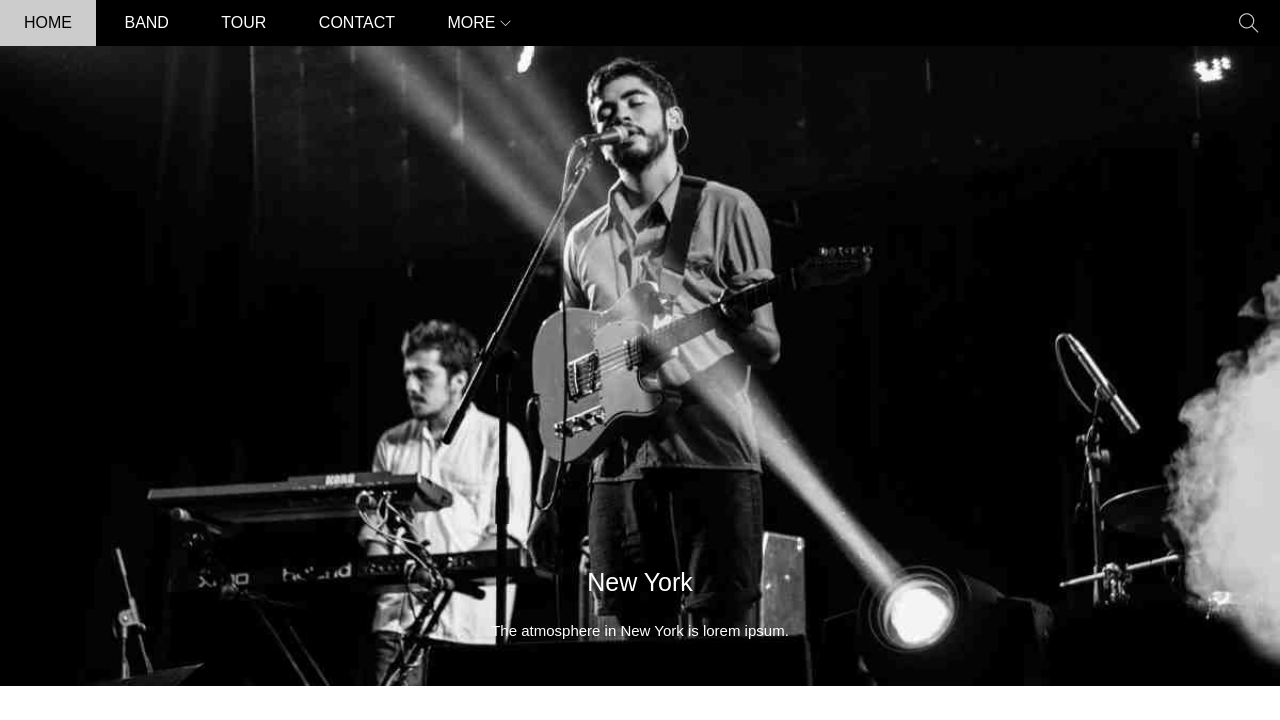
Repository: BrandonTuan777/The_Band
Page: index.html
The author's editor kept a copy of each file at every save. The page is drawn from the files as they stood at one save, then again after a run of saves.
The browser window is 1280 px wide. The pictures show the window.
A layer covers the whole window, so only the first screen is drawn.

Above is the page before, as saved 2022-04-17 20:35:28.

### index.html
<!DOCTYPE html>
<html lang="en">
  <head>
    <meta charset="UTF-8" />
    <meta http-equiv="X-UA-Compatible" content="IE=edge" />
    <meta name="viewport" content="width=device-width, initial-scale=1.0" />
    <title>The Band</title>
    <link
      rel="shortcut icon"
      type="image/jpg"
      href="./assets/img/favicon/01d1b4547ce03c3ec499c827caac4a72.jpg"
    />
    <link rel="stylesheet" href="./assets/css/styles.css" />
    <link rel="stylesheet" href="./assets/css/responsive.css" />

    <link
      rel="stylesheet"
      href="./assets//fonts/themify-icons/themify-icons.css"
    />
  </head>
  <body>
    <div id="main">
      <div id="header">
        <!-- Begin:Nav -->
        <ul id="nav">
          <li><a href="#">Home</a></li>
          <li><a href="#band">Band</a></li>
          <li><a href="#tour">Tour</a></li>
          <li><a href="#contact">Contact</a></li>
          <li>
            <a href="#">
              More
              <i class="nav-arrow-down ti-angle-down"></i>
            </a>
            <ul class="subnav">
              <li><a href="#">Merchandise</a></li>
              <li><a href="#">Extras</a></li>
              <li><a href="#">Media</a></li>
            </ul>
          </li>
        </ul>
        <!-- End:Nav -->

        <!-- Begin:Search button -->
        <div class="search-btn">
          <i class="search-icon ti-search"></i>
        </div>

        <div id="mobile-menu" class="mobile-menu-btn">
          <i class="menu-icon ti-menu"></i>
        </div>
        <!-- End:Search button -->
      </div>

      <div id="slider">
        <div class="text-content">
          <h2 class="text-heading">New York</h2>
          <div class="text-description">
            The atmosphere in New York is lorem ipsum.
          </div>
        </div>
      </div>

      <div id="content">
        <!--About section  -->
        <div id="band" class="content-section">
          <h2 class="section-heading">THE BAND</h2>
          <p class="section-sub-heading">We love music</p>
          <p class="about-text">
            We have created a fictional band website. Lorem ipsum dolor sit
            amet, consectetur adipiscing elit, sed do eiusmod tempor incididunt
            ut labore et dolore magna aliqua. Ut enim ad minim veniam, quis
            nostrud exercitation ullamco laboris nisi ut aliquip ex ea commodo
            consequat. Duis aute irure dolor in reprehenderit in voluptate velit
            esse cillum dolore eu fugiat nulla pariatur. Excepteur sint occaecat
            cupidatat non proident, sunt in culpa qui officia deserunt mollit
            anim id est laborum consectetur adipiscing elit, sed do eiusmod
            tempor incididunt ut labore et dolore magna aliqua. Ut enim ad minim
            veniam, quis nostrud exercitation ullamco laboris nisi ut aliquip ex
            ea commodo consequat.
          </p>
          <div class="row member-list">
            <div class="member-item text-center s-col-full mt-32 col col-third">
              <p class="member-name">Name</p>
              <img
                class="member-img"
                src="./assets/img/team/member1.jpg"
                alt=""
              />
            </div>
            <div class="member-item text-center s-col-full mt-32 col col-third">
              <p class="member-name">Name</p>
              <img
                class="member-img"
                src="./assets/img/team/member1.jpg"
                alt=""
              />
            </div>
            <div class="member-item text-center s-col-full mt-32 col col-third">
              <p class="member-name">Name</p>
              <img
                class="member-img"
                src="./assets/img/team/member1.jpg"
                alt=""
              />
            </div>
          </div>
        </div>
        <!-- Tour section -->
        <div id="tour" class="tour-section">
          <div class="content-section">
            <h2 class="section-heading text-white">TOUR DATES</h2>
            <p class="section-sub-heading text-white">
              Remember to book your tickets!
            </p>
            <!-- Tickets -->
            <ul class="ticket-list">
              <li>September <span class="sold-out">Sold out</span></li>
              <li>October <span class="sold-out">Sold out</span></li>
              <li>November <span class="quantity">3</span></li>
            </ul>

            <!-- Places -->
            <div class="row places-list">
              <div class="col s-col-full col-third mt-16">
                <img
                  src="./assets/img/places/places1.jpg"
                  alt=""
                  class="place-img"
                />
                <div class="place-body">
                  <h3 class="place-heading">New York</h3>
                  <p class="place-time">Fri 27 Nov 2016</p>
                  <p class="place-description">
                    Praesent tincidunt sed tellus ut rutrum sed vitae justo.
                  </p>
                  <a href="#" class="btn s-full-width">Buy Tickets</a>
                </div>
              </div>
              <div class="col s-col-full col-third mt-16">
                <img
                  src="./assets/img/places/places2.jpg"
                  alt=""
                  class="place-img"
                />
                <div class="place-body">
                  <h3 class="place-heading">Paris</h3>
                  <p class="place-time">Sat 28 Nov 20166</p>
                  <p class="place-description">
                    Praesent tincidunt sed tellus ut rutrum sed vitae justo.
                  </p>
                  <a href="#" class="btn s-full-width">Buy Tickets</a>
                </div>
              </div>
              <div class="col s-col-full col-third mt-16">
                <img
                  src="./assets/img/places/places3.jpg"
                  alt=""
                  class="place-img"
                />
                <div class="place-body">
                  <h3 class="place-heading">San Francisco</h3>
                  <p class="place-time">Sun 29 Nov 2016</p>
                  <p class="place-description">
                    Praesent tincidunt sed tellus ut rutrum sed vitae justo.
                  </p>
                  <a href="#" class="btn s-full-width">Buy Tickets</a>
                </div>
              </div>
            </div>
          </div>
        </div>
        <!--Begin: Contact section -->
        <div id="contact" class="content-section">
          <h2 class="section-heading">CONTACT</h2>
          <p class="section-sub-heading">Fan? Drop a note!</p>
          <div class="row contact-content">
            <div class="col col-half s-col-full contact-info">
              <p><i class="ti-location-pin"></i>Chicago, US</p>
              <p><i class="ti-mobile"></i>Phone: +00 151515</p>
              <p><i class="ti-email"></i>Email: mail@mail.com</p>
            </div>
            <div class="col col-half s-col-full contact-form">
              <form action="">
                <div class="row">
                  <div class="col col-half s-col-full">
                    <input
                      type="text"
                      name=""
                      id=""
                      required
                      placeholder="Name"
                      class="form-control"
                    />
                  </div>
                  <div class="col col-half s-col-full s-mt-8">
                    <input
                      type="email"
                      name=""
                      id=""
                      required
                      placeholder="Email"
                      class="form-control"
                    />
                  </div>
                </div>
                <div class="row mt-8">
                  <div class="col col-full">
                    <input
                      type="text"
                      name=""
                      id=""
                      required
                      placeholder="Message"
                      class="form-control"
                    />
                  </div>
                </div>
                <input
                  class="pull-rigth btn mt-16 s-full-width"
                  type="submit"
                  value="SEND"
                />
              </form>
            </div>
          </div>
        </div>
        <!--End: Contact section -->
        <div class="map-section">
          <img src="./assets/img/map/map.jpg" alt="" />
        </div>
      </div>
      <!-- Footer -->
      <div id="footer">
        <div class="social">
          <a href=""><i class="ti-facebook"></i></a>
          <a href=""><i class="ti-instagram"></i></a>
          <a href=""><i class="ti-youtube"></i></a>
          <a href=""><i class="ti-pinterest"></i></a>
          <a href=""><i class="ti-twitter-alt"></i></a>
          <a href=""><i class="ti-linkedin"></i></a>
        </div>
        <p class="copy-right">
          Powered by
          <a href="https://www.w3schools.com/w3css/default.asp" target="_blank"
            >w3.css</a
          >
        </p>
      </div>

    </div>
    <div class="modal">

    </div>
    <script>
      var header = document.getElementById("header");
      var mobileMenu = document.getElementById("mobile-menu");
      var headerHeight = header.clientHeight;

      // Đóng mở mobile menu
      mobileMenu.onclick = () => {
        var isClosed = header.clientHeight === headerHeight;
        if (isClosed) {
          header.style.height = "auto";
        } else {
          header.style.height = null;
        }
      };
      //Tự động đóng
      var menuItems = document.querySelectorAll('#nav li a[href*="#"]');
      console.log(menuItems);

      for (var i = 0; i < menuItems.length; i++) {
        var menuItem = menuItems[i];

        console.log(menuItem);
        menuItem.onclick = function () {
          var isParentMenu =
            this.nextElementSibling &&
            this.nextElementSibling.classList.contains("subnav");
          if (isParentMenu) {
            event.preventDefault();
          } else {
            header.style.height = null;
          }
        };
      }
    </script>
  </body>
</html>

### assets/css/styles.css
/* Reset CSS */
* {
  padding: 0;
  margin: 0;
  box-sizing: border-box;
}

html {
  font-family: Arial, Helvetica, sans-serif;
  scroll-behavior: smooth;
}

/* Common */
.clear {
  clear: both;
}

.text-white {
  color: #fff !important;
}

.row {
  margin-left: -8px;
  margin-right: -8px;
}

.row::after {
  content: "";
  display: block;
  clear: both;
}

.col-half {
  width: 50%;
}

.col-full {
  width: 100%;
}

.col {
  float: left;
  padding-left: 8px;
  padding-right: 8px;
}

.col-third {
  width: 33.333%;
}

.text-center {
  text-align: center !important;
}

.mt-8 {
  margin-top: 8px !important;
}

.mt-16 {
  margin-top: 16px !important;
}
.mt-32 {
  margin-top: 32px !important;
}

.btn {
  color: #fff;
  background-color: #000;
  text-decoration: none;
  padding: 11px 16px;
  display: inline-block;
  margin-top: 15px;
  text-align: center;
}

.btn:hover {
  color: #000;
  background-color: #757575;
  border: none;
}

.pull-rigth {
  float: right !important;
}

/* Main */
#main {
}

#header {
  position: fixed;
  top: 0;
  left: 0;
  right: 0;
  height: 46px;
  background-color: #000;
  z-index: 1;

}

#nav {
  display: inline-block;
}

#nav,
.subnav {
  list-style: none;
}

#nav > li {
  display: inline-block;
}

#nav li {
  position: relative;
}

#nav > li > a {
  color: white;
  text-transform: uppercase;
}

#nav li a {
  text-decoration: none;
  line-height: 46px;
  padding: 0 24px;
  display: block;
}

#nav li:hover .subnav {
  display: block;
}

#nav .subnav li:hover a,
#nav > li:hover > a {
  color: #000;
  background-color: #ccc;
}

#nav .subnav {
  display: none;
  min-width: 160px;
  top: 100%;
  left: 0;
  position: absolute;
  background-color: #fff;
  box-shadow: 0 0 10px rgba(0, 0, 0, 0.3);
}

#nav .subnav a {
  color: #000;
  padding: 0 12px;
  line-height: 38px;
}

#nav .nav-arrow-down {
  font-size: 11px;
}

#header .mobile-menu-btn {
  position: absolute;
  top: 0;
  right: 0;
  display: none;
}

#header .mobile-menu-btn,
#header .search-btn {
  float: right;
  padding: 0 21px;
}

#header .search-btn:hover {
  background-color: red;
  cursor: pointer;
}

#header .mobile-menu-btn:hover {
  background-color: #ccc;
}

#header .mobile-menu-btn:hover .menu-icon {
  color: #000;
}

#header .menu-icon,
#header .search-icon {
  color: #ccc;
  font-size: 20px;
  line-height: 46px;
}

#slider {
  position: relative;
  margin-top: 46px;
  padding-top: 50%;
  background: url('../img/slider/slider1.jpg') top center / cover no-repeat;
}

#slider .text-content {
  position: absolute;
  bottom: 47px;
  color: #fff;
  text-align: center;
  /* transform: translateX(-50%);
  left: 50%; */
  width: 100%;
}

#slider .text-heading {
  font-weight: 500;
  font-size: 25px;
}

#slider .text-description {
  font-size: 15px;
  margin-top: 25px;
}

#content {
}

#content .content-section {
  width: 800px;
  max-width: 100%;
  padding: 64px 0 112px;
  margin-left: auto;
  margin-right: auto;
  padding-left: 16px;
  padding-right: 16px;
}

#content .section-heading {
  font-size: 30px;
  text-align: center;
  font-weight: 500;
  letter-spacing: 4px;
}
#content .section-sub-heading {
  font-size: 15px;
  text-align: center;
  margin-top: 25px;
  font-style: italic;
  opacity: 0.6;
}

#content .about-text {
  margin-top: 25px;
  font-size: 15px;
  text-align: justify;
  line-height: 1.4;
}

#content .member-list {
  margin-top: 32px;
}

#content .member-item {
  text-align: center;
}

#content .member-name {
  font-size: 15px;
}

#content .member-img {
  width: 154px;
  margin-top: 15px;
  border-radius: 4px;
}

/* Tour section */
.tour-section {
  background-color: #000;
}

.ticket-list {
  margin-top: 40px;
  background-color: #fff;
}

.ticket-list li {
  font-size: 15px;
  padding: 11px 16px;
  border: 1px solid #ddd;
  color: #757575;
  list-style: none;
}

.ticket-list .sold-out {
  background-color: #f44336 !important;
  color: #fff;
  padding: 3px 4px;
  margin-left: 16px;
}

.ticket-list .quantity {
  float: right;
  width: 24px;
  height: 24px;
  background-color: #000;
  border-radius: 50%;
  text-align: center;
  line-height: 24px;
  margin-top: -3px;
}

/* Places */

.places-list {
  margin-top: 16px;
}
.place-img {
  width: 100%;
  display: block;
}
.place-img:hover {
  opacity: 0.6;
}
.place-body {
  padding: 16px;
  font-size: 15px;
  background-color: #fff;
}
.place-heading {
  font-size: 15px;
  font-weight: 600;
}
.place-time {
  margin-top: 15px;
  color: #757575;
}
.place-description {
  margin-top: 15px;
  line-height: 1.4;
}

/* Contact form */

.contact-content {
  margin-top: 48px;
}

.contact-info {
  font-size: 18px;
  line-height: 1.4;
}
.contact-info i[class*="ti-"] {
  width: 30px;
  display: inline-block;
}

.contact-form {
  font-size: 15px;
}

.contact-form .form-control {
  border: 1px solid #ccc;
  width: 100%;
  padding: 10px;
}

/* Map section */

.map-section img {
  width: 100%;
}

#footer {
  padding: 64px 16px;
  text-align: center;
}

#footer .social {
  font-size: 20px;
  margin-bottom: 20px;
}

#footer .social a {
  color: rgba(0, 0, 0, 0.6);
  text-decoration: none;
}

#footer .copy-right:hover,
#footer .social a:hover {
  color: rgba(0, 0, 0, 0.4);
}

#footer .copy-right {
  color: rgba(0, 0, 0, 0.6);
}

#footer .copy-right a {
  color: rgba(0, 0, 0, 0.6);
}

.modal{
  position: fixed;
  top: 0;
  bottom: 0;
  left: 0;
  right: 0;
  background-color: rgba(0, gree0n, 0, alpha);
}

### assets/css/responsive.css
/* PC */
@media (min-width: 1024px) {
}
/* Tablet */
@media (min-width: 740px) and (max-width: 1023px) {
}
/* Mobile */

@media (max-width: 739px) {

  .s-full-width,.s-col-full{
      width: 100% !important;
  }

  #header {
    overflow: hidden;
  }
  #header .mobile-menu-btn {
    display: block;
  }
  #nav li a {
    padding: 1px 24px;
  }

  #header .search-btn {
    display: none;
  }

  #nav {
    display: block;
  }

  #nav > li {
    display: block;
  }
  #nav > li:first-child {
    display: inline-block;
  }
  #nav .subnav {
    position: initial;
    background-color: #333;
  }
  #nav .subnav a {
    color: #fff;
    padding: 5px 41px;
  }


  #content .member-img{
      width: 60%;
  }
  .s-col-full{
      width: 100%;
  }
  .contact-form{
    margin-top: 16px;
  }
  .s-mt-8{
      margin-top: 8px !important;
  }

}

Loaded but not shown: assets/fonts/themify-icons/themify-icons.css (common file)

After the next 2 saves:
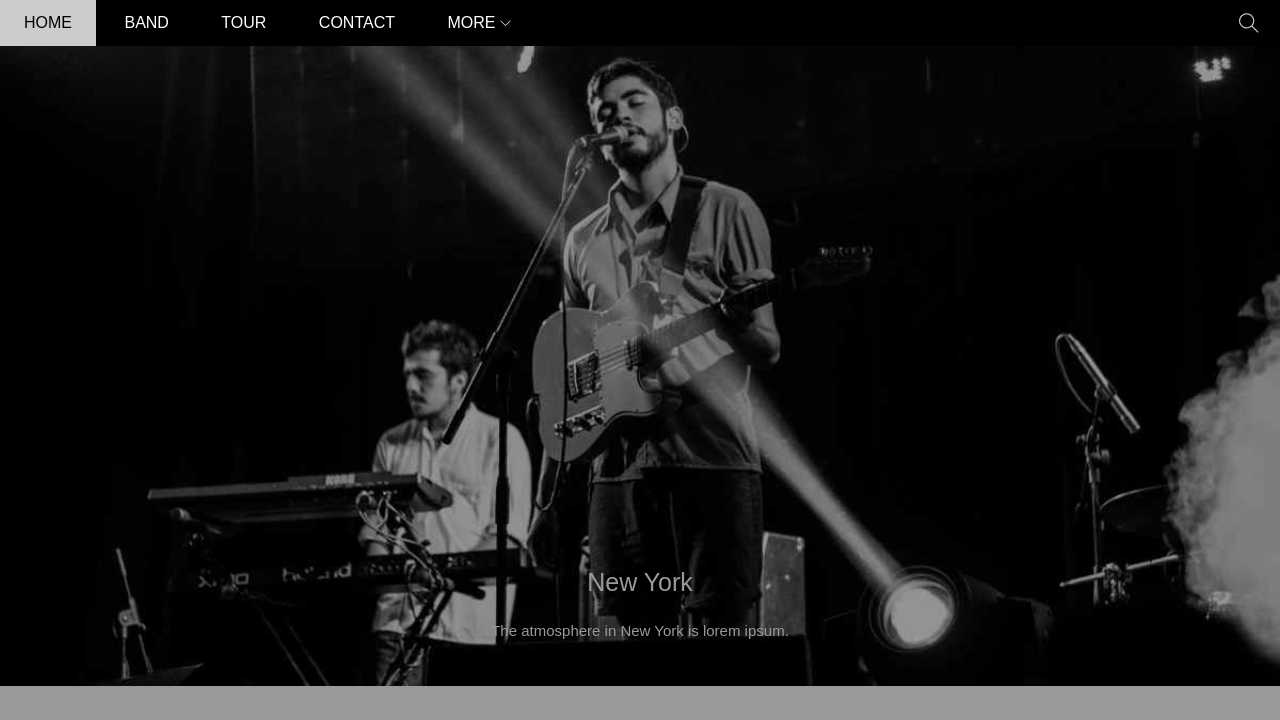
The 2 saves are shown as one change because they came seconds apart.
The last was saved 6 s later.
--- a/assets/css/styles.css
+++ b/assets/css/styles.css
@@ -400,5 +400,5 @@ html {
   bottom: 0;
   left: 0;
   right: 0;
-  background-color: rgba(0, gree0n, 0, alpha);
-}
+  background-color: rgba(0, 0, 0, 0.4);
+}
